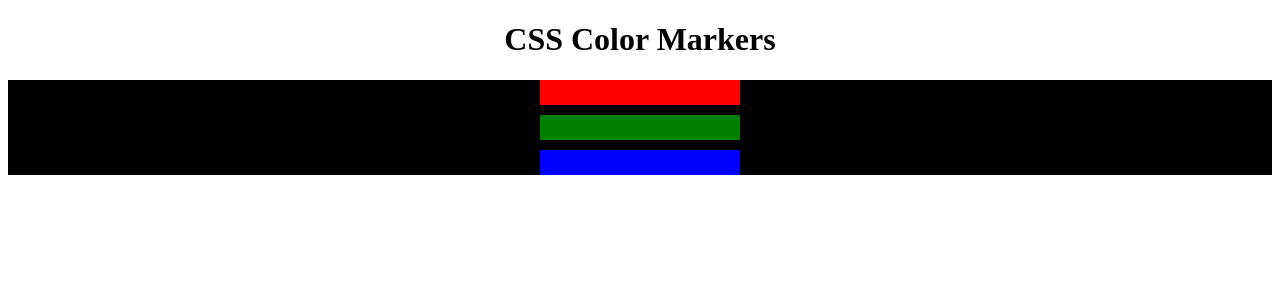
Repository: AimenDje/ColoredMarkers
Page: index.html
These files come from the project's save history. The page is drawn as it stood at one moment and after the next save; the edit follows.
The browser window is 1280 px wide. The pictures show the whole page.

Above is the page before, as saved 2025-05-08 15:41:20.

### index.html
<!DOCTYPE html>
<html lang="en">
    <head>
        <meta charset="utf-8">
        <meta name="viewport" content="width=device-width, initial-scale=1.0">
        <link rel="stylesheet" href="styles.css">
        <title>Colored Markers</title>
    </head>
    <body>
        <h1>CSS Color Markers</h1>
        <div class="container">
            <div class="marker one">
            </div>
            <div class="marker two">
            </div>
            <div class="marker three">
            </div>
        </div>
      </body>
</html>

### styles.css
h1 {
    text-align:center;
}

.marker {
    width: 200px;
    height: 25px;
    margin: 10px auto;
  }

.one {
    background-color: rgb(255,0,0);
  }

.two{
    background-color:green
}

  .three{
    background-color:blue;
}

.container{
    background-color:rgb(0,0,0);
}

After the next save:
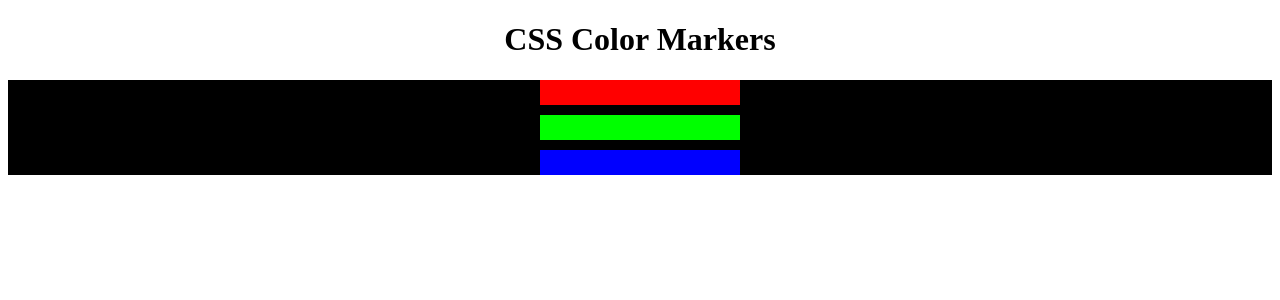
Saved 2 min 39 s later.
--- a/styles.css
+++ b/styles.css
@@ -12,12 +12,12 @@
     background-color: rgb(255,0,0);
   }
 
-.two{
-    background-color:green
+.two {
+    background-color: rgb(0,255,0);
 }
 
-  .three{
-    background-color:blue;
+.three {
+    background-color: rgb(0,0,255);
 }
 
 .container{

After the save that followed:
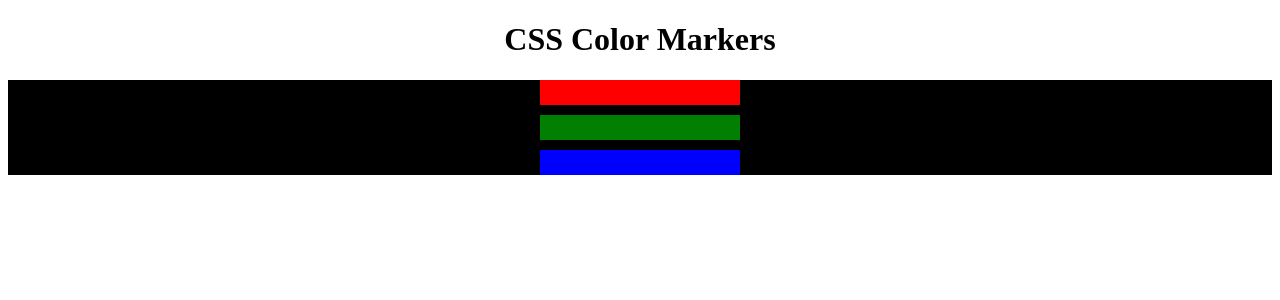
Saved 114 s later.
--- a/styles.css
+++ b/styles.css
@@ -10,10 +10,10 @@
 
 .one {
     background-color: rgb(255,0,0);
-  }
+}
 
 .two {
-    background-color: rgb(0,255,0);
+    background-color: rgb(0, 127, 0);
 }
 
 .three {
